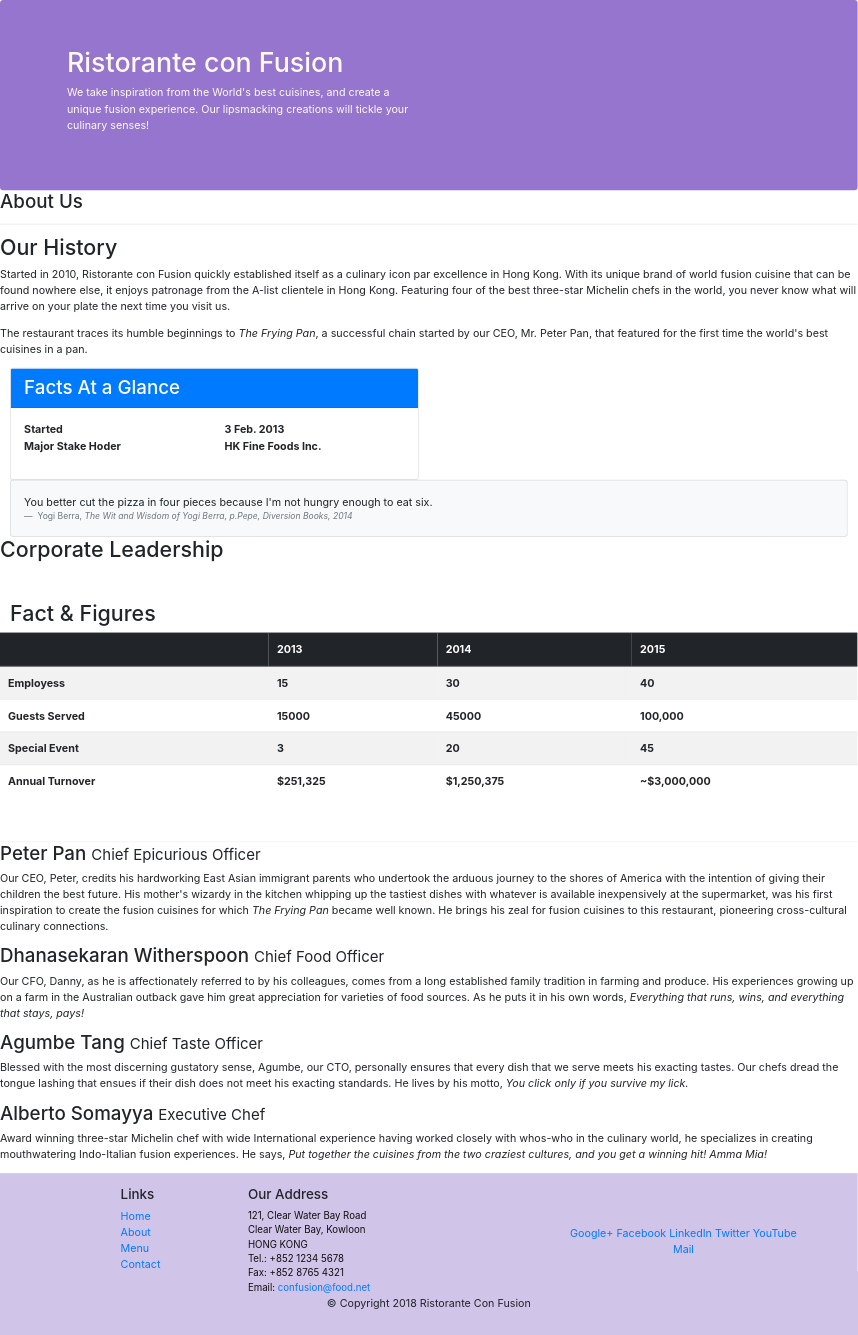
Repository: HwZau/conFusion
Page: aboutus.html
The author's editor kept a copy of each file at every save. The page is drawn from the files as they stood at one save, then again after a run of saves.
The browser window is 1280 px wide. The pictures show the whole page, at 67% of full size.

Above is the page before, as saved 2022-05-19 11:06:26.

### aboutus.html
<!DOCTYPE html>
<html lang="en">

<head>
  <title>Ristorante Con Fusion: About Us</title>
  <meta charset="utf-8" />
  <meta name="viewport" content="width=device-width, initial-scale=1, shrink-to-fit=no" />
  <meta http-equiv="x-ua-compatible" content="ie=edge" />

  <!-- Bootstrap CSS -->
  <link rel="stylesheet" href="node_modules/bootstrap/dist/css/bootstrap.min.css" />
  <link rel="stylesheet" href="node_modules/font-awesome/css/font-awesome.min.css" />
  <link rel="stylesheet" href="node_modules/bootstrap-social/bootstrap-social.css" />
  <link rel="stylesheet" href="css/style.css" />
</head>
</head>

<body>
  <header class="jumbotron">
    <div class="container">
      <div class="row row-header">
        <div class="col-12 col-sm-6">
          <h1>Ristorante con Fusion</h1>
          <p>
            We take inspiration from the World's best cuisines, and create a
            unique fusion experience. Our lipsmacking creations will tickle
            your culinary senses!
          </p>
        </div>
        <div class="col-12 col-sm"></div>
      </div>
    </div>
  </header>

  <div>
    <div>
      <div>
        <h3>About Us</h3>
        <hr />
      </div>
    </div>

    <div>
      <div>
        <h2>Our History</h2>
        <p>
          Started in 2010, Ristorante con Fusion quickly established itself as
          a culinary icon par excellence in Hong Kong. With its unique brand
          of world fusion cuisine that can be found nowhere else, it enjoys
          patronage from the A-list clientele in Hong Kong. Featuring four of
          the best three-star Michelin chefs in the world, you never know what
          will arrive on your plate the next time you visit us.
        </p>
        <p>
          The restaurant traces its humble beginnings to
          <em>The Frying Pan</em>, a successful chain started by our CEO, Mr.
          Peter Pan, that featured for the first time the world's best
          cuisines in a pan.
        </p>
      </div>
      <div class="col-12 col-sm-6">
        <div class="card">
          <h3 class="card-header bg-primary text-white">Facts At a Glance</h3>
          <div class="card-body">
            <dl class="row">
              <dt class="col-6">Started</dt>
              <dt class="col-6">3 Feb. 2013</dt>
              <dt class="col-6">Major Stake Hoder</dt>
              <dt class="col-6">HK Fine Foods Inc.</dt>
              <dt class="col-6"></dt>
              <dt class="col-6"></dt>
              <dt class="col-6"></dt>
            </dl>
          </div>
        </div>
      </div>
      <div class="col-12">
        <div class="card card-body bg-light">
          <p class="mb-0">You better cut  the pizza in four pieces because I'm not hungry enough to eat six.</p>
          <footer class="blockquote-footer">
            Yogi Berra, <cite title="Source Title">The Wit and Wisdom of Yogi Berra, p.Pepe, Diversion Books, 2014</cite>
          </footer>
        </div>
      </div>
    </div>

    <div>
      <div>
        <h2>Corporate Leadership</h2>
        <div class="row row-content">
          <div class="col-12 col-sm-9">
            <h2>Fact &amp; Figures</h2>
          </div>
          <div class="col-12 col-sm-3"></div>

          <div class="table-responsive">
            <table class="table table-striped">
              <thead class="thead-dark">
                <tr>
                  <th>&nbsp;</th>
                  <th>2013</th>
                  <th>2014</th>
                  <th>2015</th>
                </tr>
              </thead>
              <tbody>
                <tr>
                  <th>Employess</th>
                  <th>15</th>
                  <th>30</th>
                  <th>40</th>
                </tr>
                <tr>
                  <th>Guests Served</th>
                  <th>15000</th>
                  <th>45000</th>
                  <th>100,000</th>
                </tr>
                <tr>
                  <th>Special Event</th>
                  <th>3</th>
                  <th>20</th>
                  <th>45</th>
                </tr>
                <tr>
                  <th>Annual Turnover</th>
                  <th>$251,325</th>
                  <th>$1,250,375</th>
                  <th>~$3,000,000</th>
                </tr>
              </tbody>
            </table>
          </div>
        </div>
        <h3>Peter Pan <small>Chief Epicurious Officer</small></h3>
        <p>
          Our CEO, Peter, credits his hardworking East Asian immigrant parents
          who undertook the arduous journey to the shores of America with the
          intention of giving their children the best future. His mother's
          wizardy in the kitchen whipping up the tastiest dishes with whatever
          is available inexpensively at the supermarket, was his first
          inspiration to create the fusion cuisines for which
          <em>The Frying Pan</em> became well known. He brings his zeal for
          fusion cuisines to this restaurant, pioneering cross-cultural
          culinary connections.
        </p>
        <h3>Dhanasekaran Witherspoon <small>Chief Food Officer</small></h3>
        <p>
          Our CFO, Danny, as he is affectionately referred to by his
          colleagues, comes from a long established family tradition in
          farming and produce. His experiences growing up on a farm in the
          Australian outback gave him great appreciation for varieties of food
          sources. As he puts it in his own words,
          <em>Everything that runs, wins, and everything that stays, pays!</em>
        </p>
        <h3>Agumbe Tang <small>Chief Taste Officer</small></h3>
        <p>
          Blessed with the most discerning gustatory sense, Agumbe, our CTO,
          personally ensures that every dish that we serve meets his exacting
          tastes. Our chefs dread the tongue lashing that ensues if their dish
          does not meet his exacting standards. He lives by his motto,
          <em>You click only if you survive my lick.</em>
        </p>
        <h3>Alberto Somayya <small>Executive Chef</small></h3>
        <p>
          Award winning three-star Michelin chef with wide International
          experience having worked closely with whos-who in the culinary
          world, he specializes in creating mouthwatering Indo-Italian fusion
          experiences. He says,
          <em>Put together the cuisines from the two craziest cultures, and you
            get a winning hit! Amma Mia!</em>
        </p>
      </div>
    </div>
  </div>

  <footer class="footer">
    <div class="container">
      <div class="row">
        <div class="col-4 offset-1 col-sm-2">
          <h5>Links</h5>
          <ul class="list-unstyled">
            <li><a href="#">Home</a></li>
            <li><a href="#">About</a></li>
            <li><a href="#">Menu</a></li>
            <li><a href="#">Contact</a></li>
          </ul>
        </div>
        <div class="col-7 col-sm-5">
          <h5>Our Address</h5>
          <address>
            121, Clear Water Bay Road<br />
            Clear Water Bay, Kowloon<br />
            HONG KONG<br />
            Tel.: +852 1234 5678<br />
            Fax: +852 8765 4321<br />
            Email: <a href="mailto:confusion@food.net">confusion@food.net</a>
          </address>
        </div>
        <div class="col-12 col-sm-4 align-self-center">
          <div class="text-center">
            <a href="http://google.com/+">Google+</a>
            <a href="http://www.facebook.com/profile.php?id=">Facebook</a>
            <a href="http://www.linkedin.com/in/">LinkedIn</a>
            <a href="http://twitter.com/">Twitter</a>
            <a href="http://youtube.com/">YouTube</a>
            <a href="mailto:">Mail</a>
          </div>
        </div>
      </div>
      <div class="row justify-content-center">
        <div class="col-auto">
          <p>© Copyright 2018 Ristorante Con Fusion</p>
        </div>
      </div>
    </div>
  </footer>
</body>

</html>

### css/style.css

.row-header {
	margin: 0px auto;
	padding: 0px auto;
}

.row-content {
	margin: 0 auto;
	padding: 50px 0px 50px 0px;
	border-bottom: 1px ridge;
	min-height: 400px;
}

.footer {
	background-color: #D1C4E9;
	margin: 0px auto;
	padding: 20px 0px 20px 0px;
}

.jumbotron {
	padding: 70px 30px 70px 30px;
	margin: 0px auto;
	background: #9575CD;
	color: floralwhite;
}

address {
	font-size: 90%;
	margin: 0px;
	color:#0f0f0f;
}

Loaded but not shown: node_modules/bootstrap/dist/css/bootstrap.min.css (library); node_modules/font-awesome/css/font-awesome.min.css (library); node_modules/bootstrap-social/bootstrap-social.css (library)

After the next 3 saves:
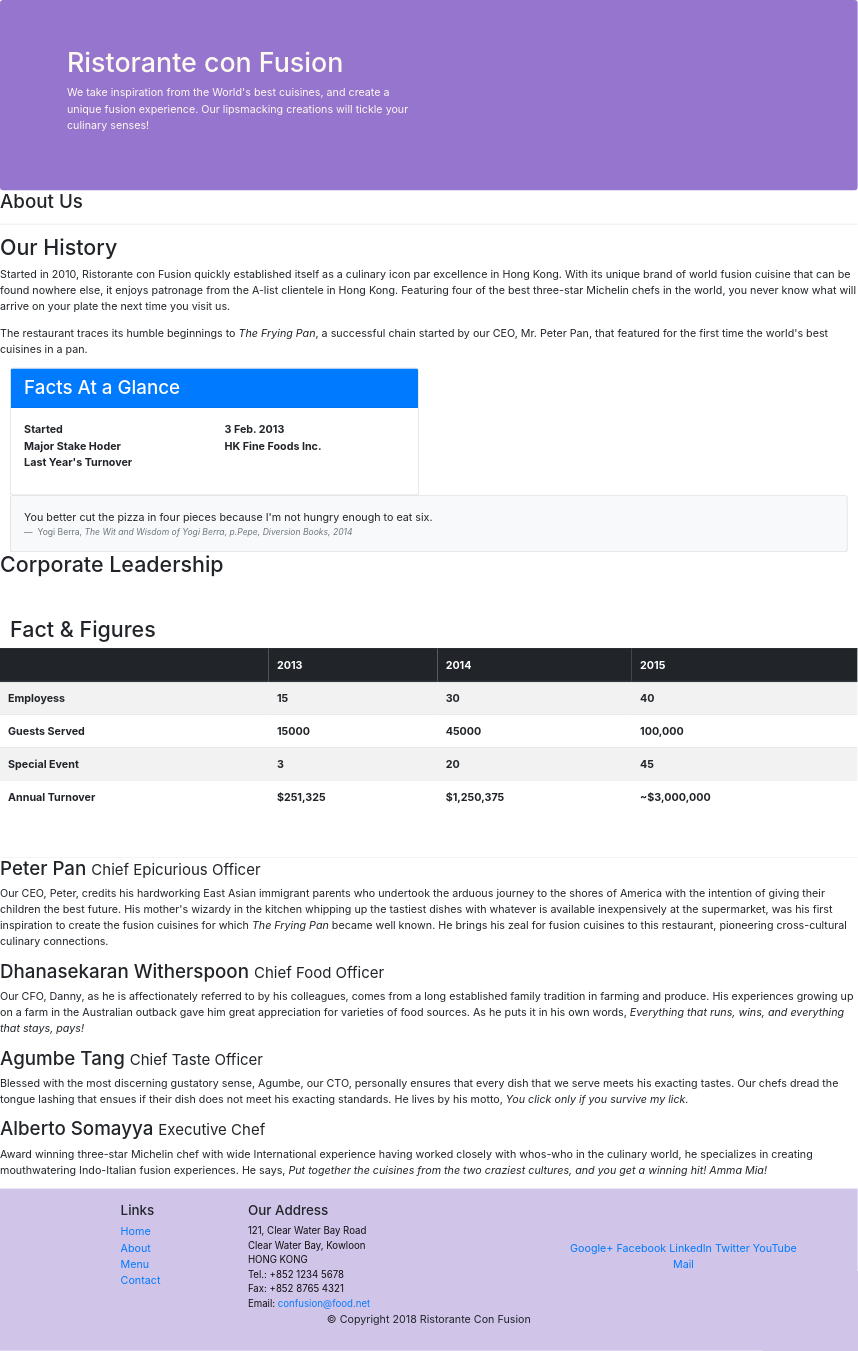
The 3 saves are shown as one change because they came seconds apart.
The last was saved 13 s later.
--- a/aboutus.html
+++ b/aboutus.html
@@ -67,7 +67,7 @@
               <dt class="col-6">3 Feb. 2013</dt>
               <dt class="col-6">Major Stake Hoder</dt>
               <dt class="col-6">HK Fine Foods Inc.</dt>
-              <dt class="col-6"></dt>
+              <dt class="col-6">Last Year's Turnover</dt>
               <dt class="col-6"></dt>
               <dt class="col-6"></dt>
             </dl>
